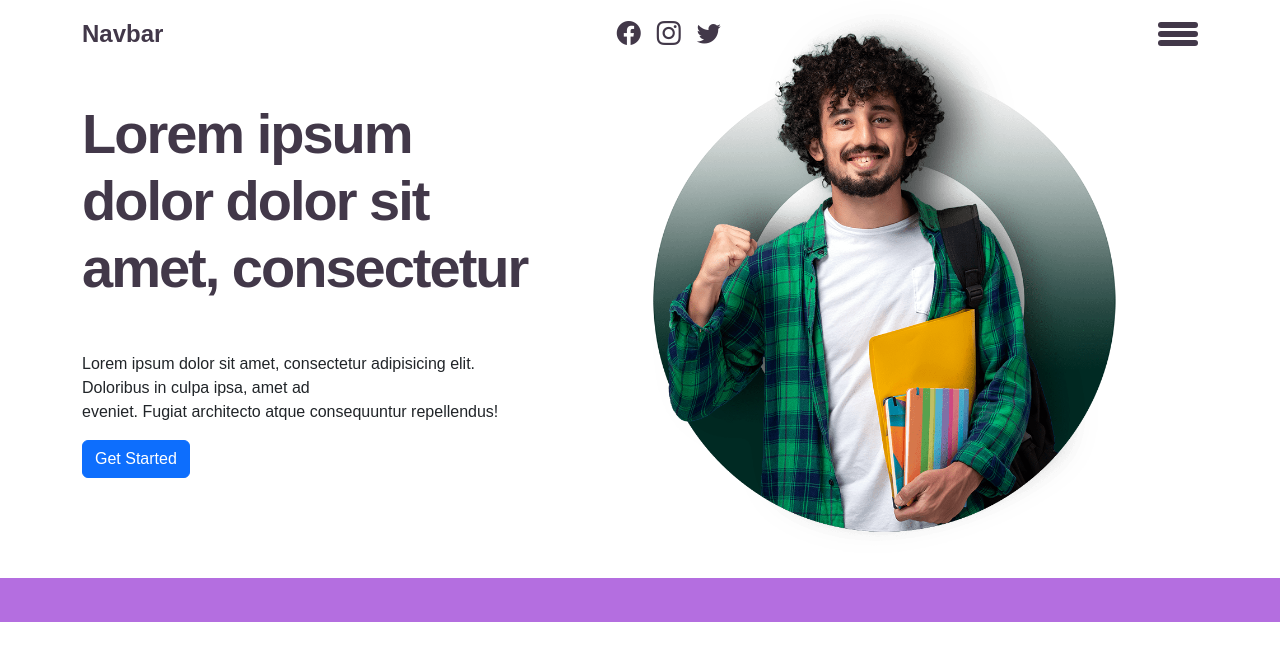
Repository: tagnam/project27012025
Page: index.html
An editor plug-in stored every save of this project. The page is shown before and after a run of saves, followed by the edit.
The browser window is 1280 px wide. The pictures show the whole page.

Above is the page before, as saved 2025-01-27 16:05:35.

After the next 10 saves:
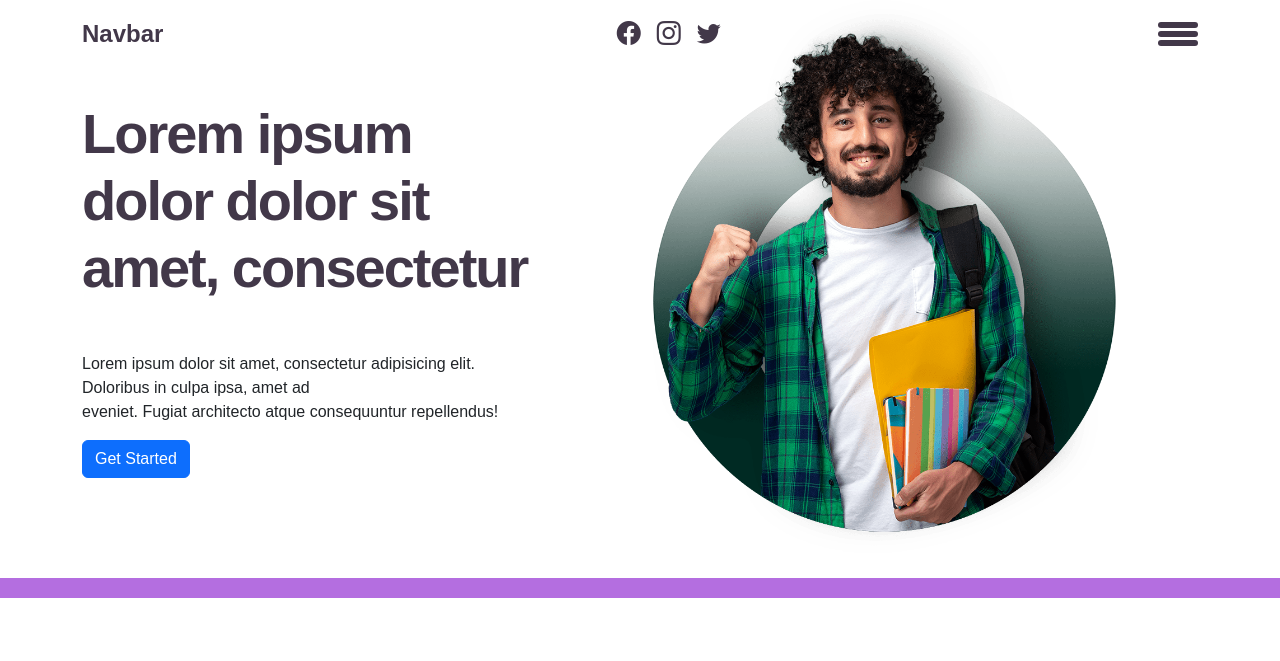
The 10 saves are shown as one change because they came seconds apart.
The last was saved 38 s later.
--- a/index.html
+++ b/index.html
@@ -102,7 +102,13 @@
 
 <section class="client-section">
     <div class="container-fluid">
+       <div class="row">
         <img src="" alt="">
+        <img src="" alt="">
+        <img src="" alt="">
+        <img src="" alt="">
+        <img src="" alt="">
+    </div>
     </div>
 </section>
 <script src="https://cdn.jsdelivr.net/npm/bootstrap@5.3.3/dist/js/bootstrap.bundle.min.js" integrity="sha384-YvpcrYf0tY3lHB60NNkmXc5s9fDVZLESaAA55NDzOxhy9GkcIdslK1eN7N6jIeHz" crossorigin="anonymous"></script>
